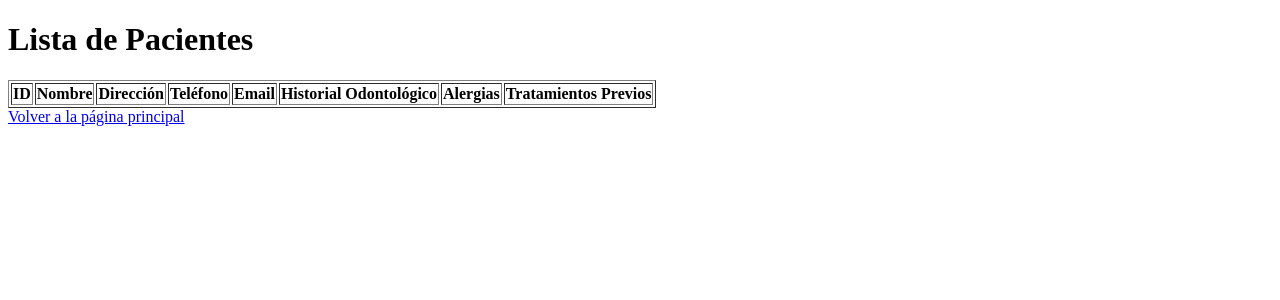
Repository: Aimarvera/LPII_EF_VeraDuran
Page: http://localhost/listarPacientes
An editor plug-in stored every save of this project. The page is shown before and after the next save, followed by the edit.
The browser window is 1280 px wide. The pictures show the whole page.
The page is this project's Thymeleaf template; nobody is signed in. The template is opened directly, without the code that normally fills it, so the values that code supplies are empty.

Above is the page before, as saved 2024-10-24 04:22:08.

After the next save:
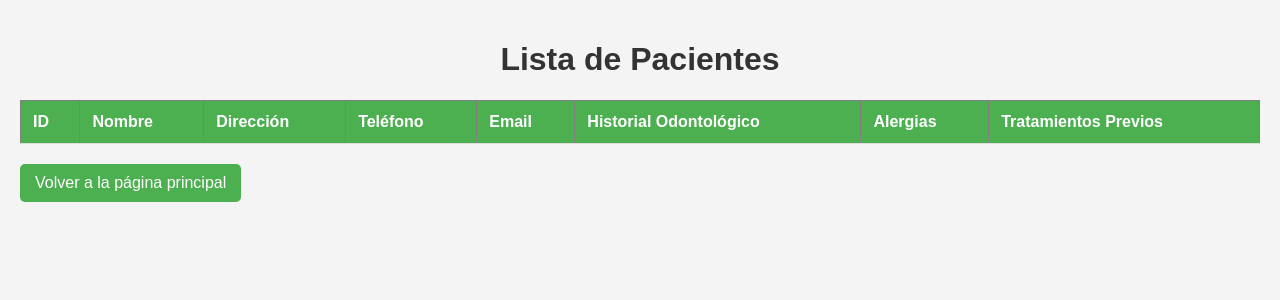
Saved 20 s later.
--- a/Clinica/src/main/resources/templates/listarPacientes.html
+++ b/Clinica/src/main/resources/templates/listarPacientes.html
@@ -3,6 +3,7 @@
 <head>
     <meta charset="UTF-8">
     <title>Lista de Pacientes</title>
+	<link rel="stylesheet" type="text/css" th:href="@{/css/listar.css}"/>
 
 </head>
 <body>
